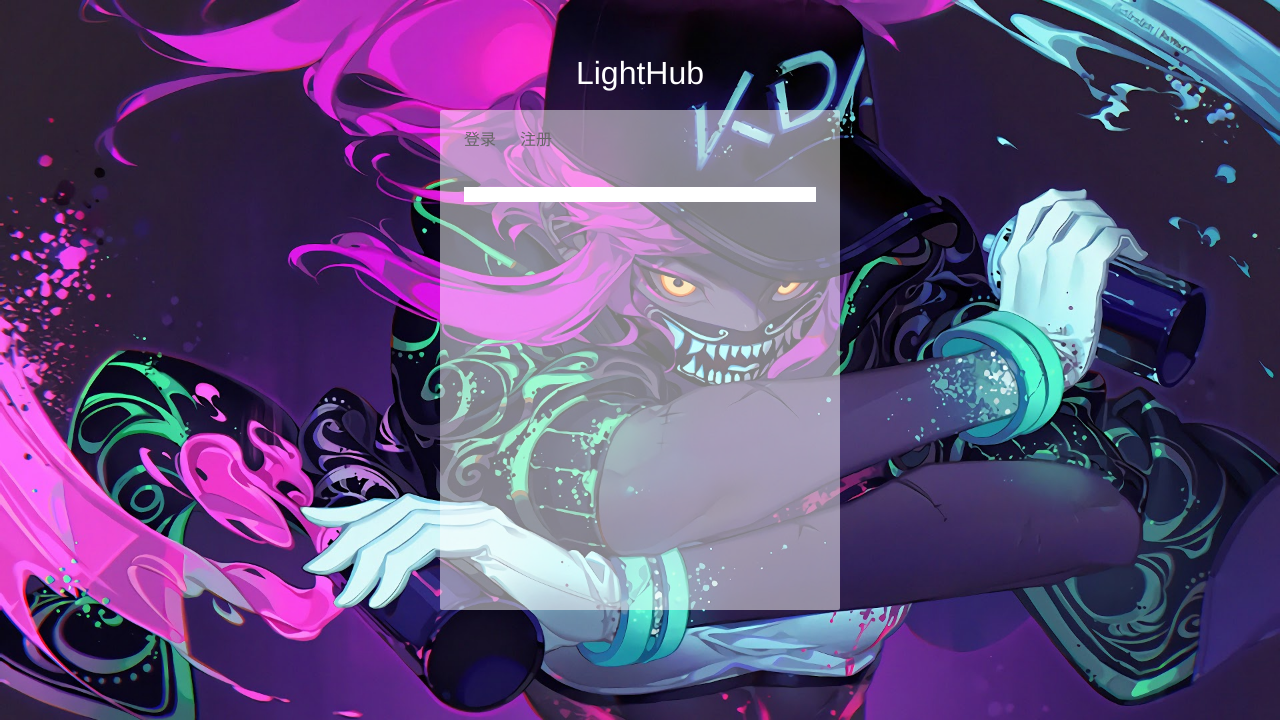
Repository: Martinell1/LightHub
Page: /login (app in LightHub/)
The author's editor kept a copy of each file at every save. The page is drawn from the files as they stood at one save, then again after the next save.
The browser window is 1280 px wide. The pictures show the whole page.
The project was rebuilt for these pictures with package versions that can differ from the ones it lists, and the page was loaded fresh each time. Also part of the build but not shown: LightHub/vite.config.ts.

Above is the page before, as saved 2021-11-21 00:08:55.

After the next save:
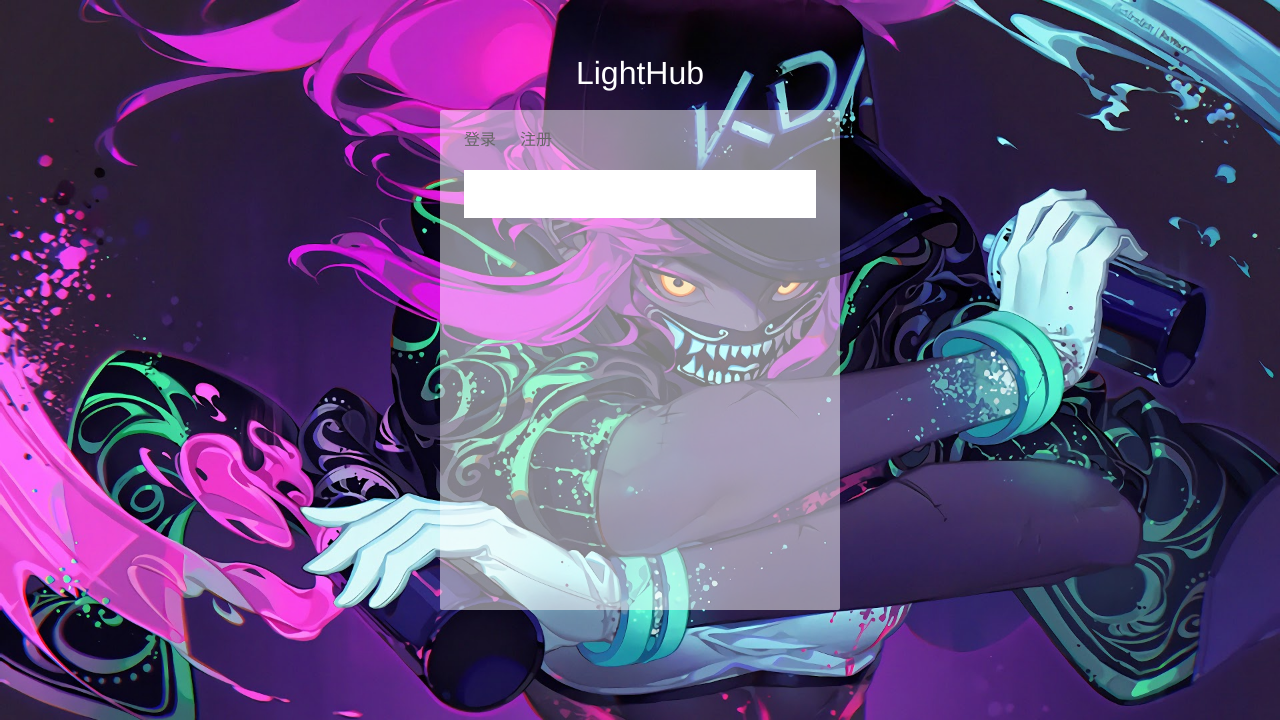
Saved 24 s later.
--- a/LightHub/src/views/Login.vue
+++ b/LightHub/src/views/Login.vue
@@ -56,11 +56,10 @@
 
   .login-form {
     .login-form-item {
-      line-height: 48px;
-      height: 48px;
-
       input {
         width: 100%;
+        line-height: 48px;
+        height: 48px;
       }
     }
   }
